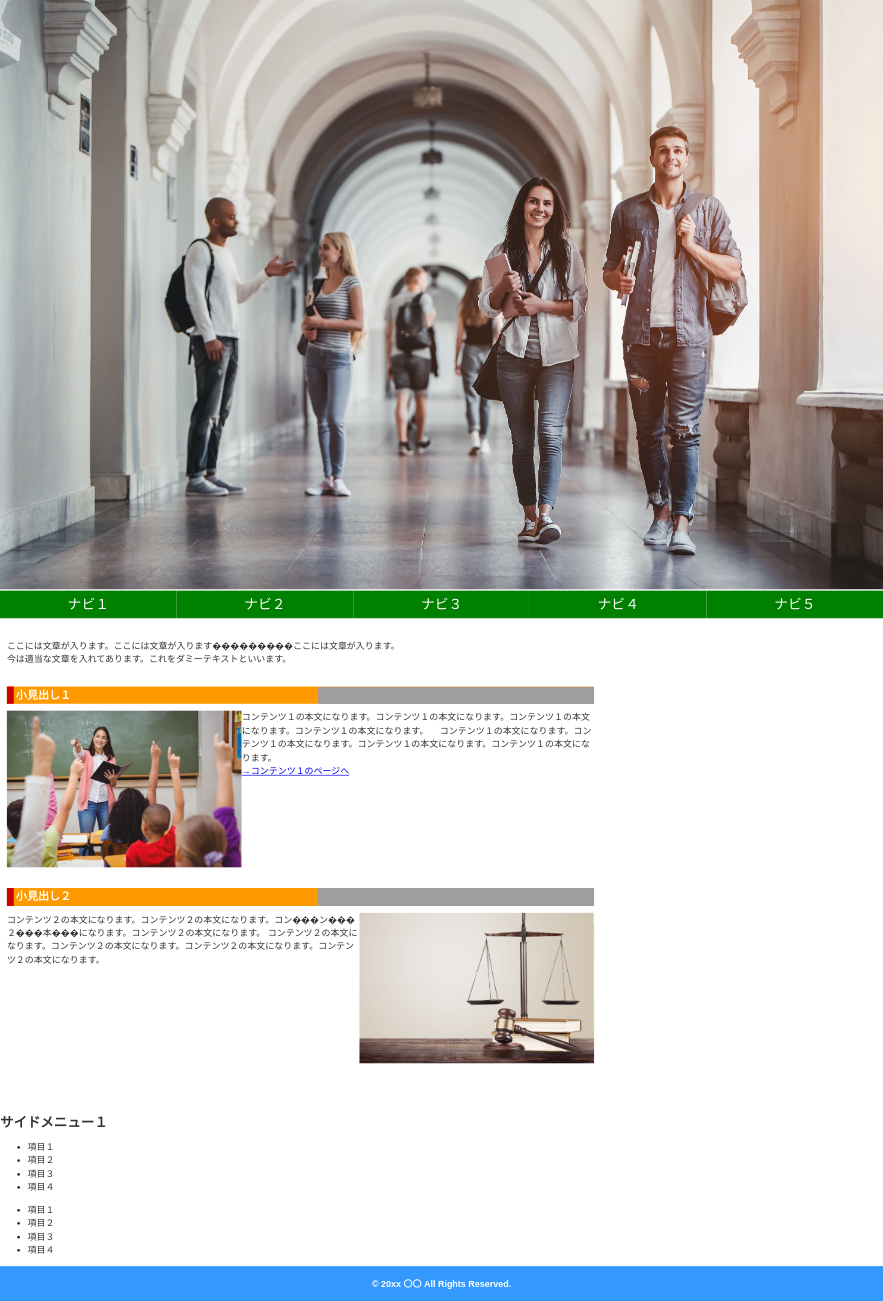
Repository: IkutoHiroki/samurai_HTML_CSS
Page: home2.html
The author's editor kept a record of every edit. The page is drawn from the files as they stood at one moment, then again after the next edit.
The browser window is 1280 px wide. The pictures show the whole page, at 69% of full size.
Pictures or frames that could not be fetched are drawn as grey boxes.

Above is the page before.

After the next edit:
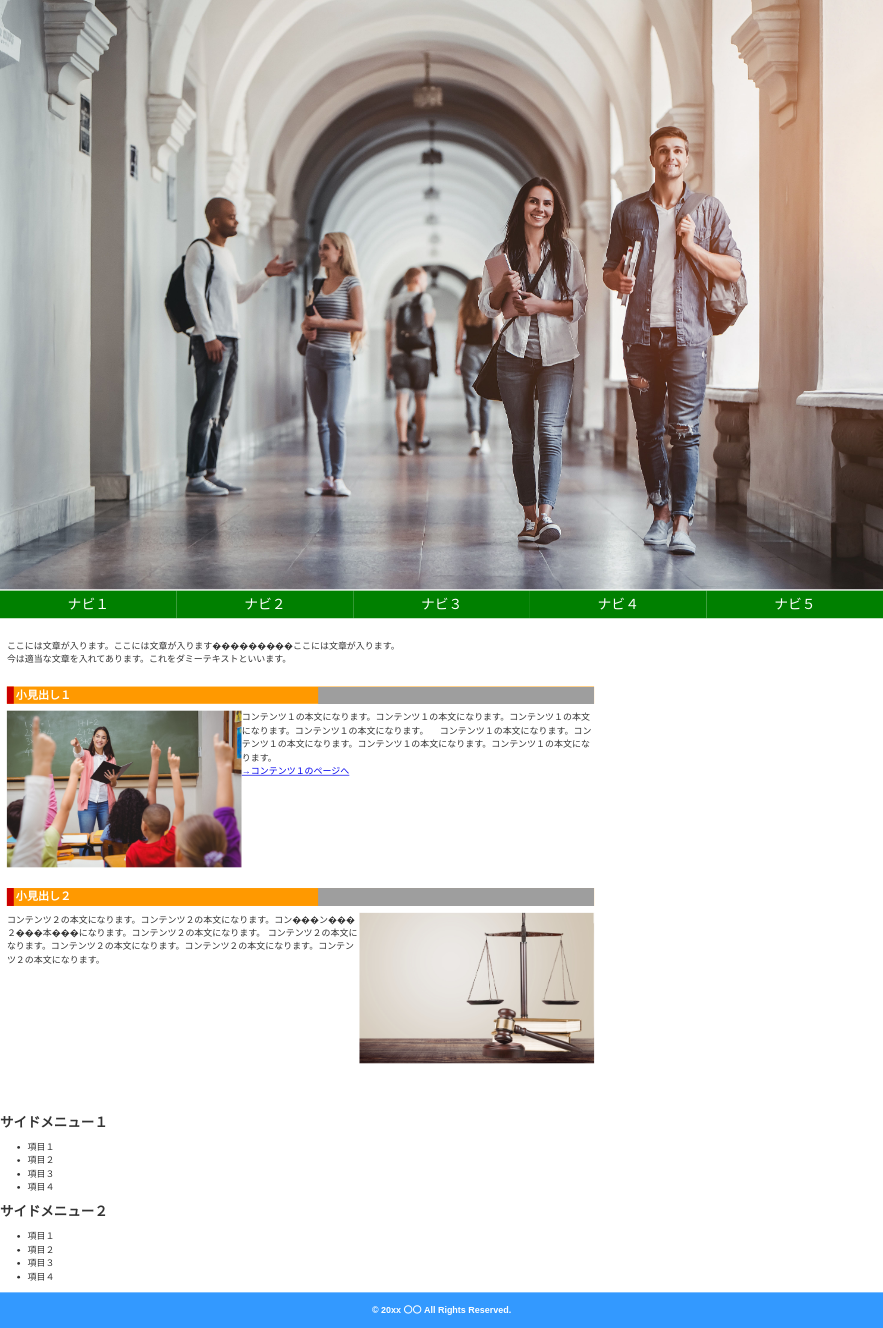
The edit:
--- a/home2.html
+++ b/home2.html
@@ -67,7 +67,8 @@
                         </ul>
                    </div>
                </div>
-
+               <div class="box">
+                   <h2>サイドメニュー２</h2>
               <div class="boxBody">
                   <ul>
                     <li>項目１</li>
